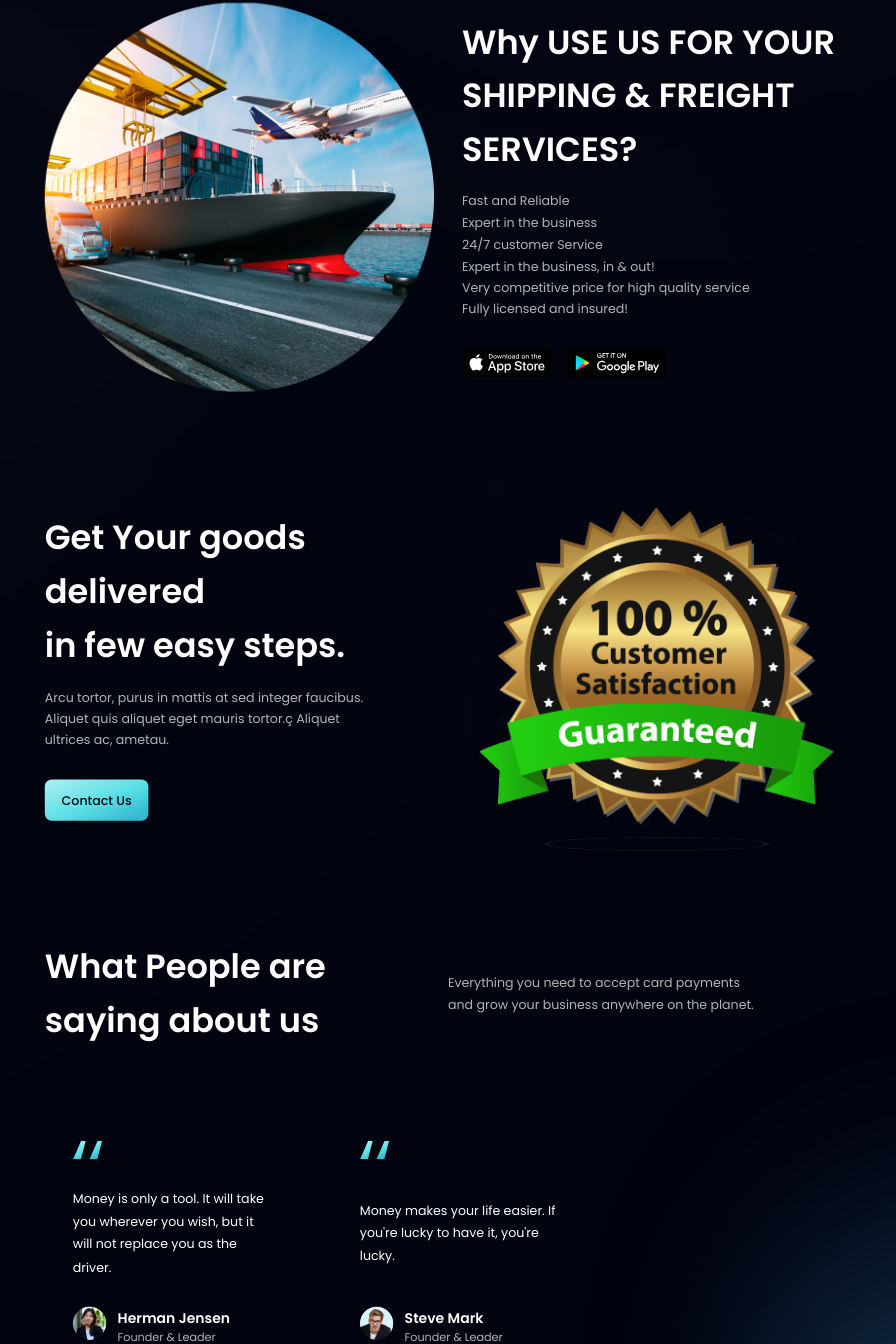
Repository: Miracleoluebube/captionlogistics
Page: /
An editor plug-in stored every save of this project. The page is shown before and after the next save, followed by the edit.
The browser window is 1280 px wide. The pictures show the part of the page from y = 1988 to 3908 px (the page is 5409 px tall), at 70% of full size.
The project was rebuilt for these pictures with package versions that can differ from the ones it lists, and the page was loaded fresh each time. Also part of the build but not shown: vite.config.js.

Above is the page before, as saved 2022-10-02 17:46:59.

### src/index.css
/* :root {
  font-family: Inter, Avenir, Helvetica, Arial, sans-serif;
  font-size: 16px;
  line-height: 24px;
  font-weight: 400;

  color-scheme: light dark;
  color: rgba(255, 255, 255, 0.87);
  background-color: #242424;

  font-synthesis: none;
  text-rendering: optimizeLegibility;
  -webkit-font-smoothing: antialiased;
  -moz-osx-font-smoothing: grayscale;
  -webkit-text-size-adjust: 100%;
}

a {
  font-weight: 500;
  color: #646cff;
  text-decoration: inherit;
}
a:hover {
  color: #535bf2;
}

body {
  margin: 0;
  display: flex;
  place-items: center;
  min-width: 320px;
  min-height: 100vh;
}

h1 {
  font-size: 3.2em;
  line-height: 1.1;
}

button {
  border-radius: 8px;
  border: 1px solid transparent;
  padding: 0.6em 1.2em;
  font-size: 1em;
  font-weight: 500;
  font-family: inherit;
  background-color: #1a1a1a;
  cursor: pointer;
  transition: border-color 0.25s;
}
button:hover {
  border-color: #646cff;
}
button:focus,
button:focus-visible {
  outline: 4px auto -webkit-focus-ring-color;
}
*/

@import url("https://fonts.googleapis.com/css2?family=Poppins:wght@400;500;600;700;800;900&display=swap");

@tailwind base;
@tailwind components;
@tailwind utilities;

:root {
  --black-gradient: linear-gradient(
    144.39deg,
    #ffffff -278.56%,
    #6d6d6d -78.47%,
    #11101d 91.61%
  );
  --card-shadow: 0px 20px 100px -10px rgba(66, 71, 91, 0.1);
}

* {
  scroll-behavior: smooth;
}

.text-gradient {
  background: radial-gradient(
    64.18% 64.18% at 71.16% 35.69%,
    #def9fa 0.89%,
    #bef3f5 17.23%,
    #9dedf0 42.04%,
    #7de7eb 55.12%,
    #5ce1e6 71.54%,
    #33bbcf 100%
  );
  -webkit-background-clip: text;
  -webkit-text-fill-color: transparent;
  background-clip: text;
  text-fill-color: transparent;
}

.bg-blue-gradient {
  background: linear-gradient(
    157.81deg,
    #def9fa -43.27%,
    #bef3f5 -21.24%,
    #9dedf0 12.19%,
    #7de7eb 29.82%,
    #5ce1e6 51.94%,
    #33bbcf 90.29%
  );
}

.bg-black-gradient {
  background: linear-gradient(
    144.39deg,
    #ffffff -278.56%,
    #6d6d6d -78.47%,
    #11101d 91.61%
  );
}

.bg-black-gradient-2 {
  background: linear-gradient(
    -168.39deg,
    #ffffff -278.56%,
    #6d6d6d -78.47%,
    #11101d 91.61%
  );
}

.bg-gray-gradient {
  background: linear-gradient(
    153.47deg,
    rgba(255, 255, 255, 0) -341.94%,
    #14101d 95.11%
  );
}

.bg-discount-gradient {
  background: linear-gradient(125.17deg, #272727 0%, #11101d 100%);
}

.box-shadow {
  box-shadow: 0px 20px 100px -10px rgba(66, 71, 91, 0.1);
}

.sidebar {
  -webkit-animation: slide-top 0.5s cubic-bezier(0.25, 0.46, 0.45, 0.94) both;
  animation: slide-top 0.5s cubic-bezier(0.25, 0.46, 0.45, 0.94) both;
}

@-webkit-keyframes slide-top {
  0% {
    -webkit-transform: translateY(100px);
    transform: translateY(100px);
  }
  100% {
    -webkit-transform: translateY(0);
    transform: translateY(0);
  }
}

@keyframes slide-top {
  0% {
    -webkit-transform: translateY(100px);
    transform: translateY(100px);
  }
  100% {
    -webkit-transform: translateY(0);
    transform: translateY(0);
  }
}

.feature-card:hover {
  background: var(--black-gradient);
  box-shadow: var(--card-shadow);
}

.feedback-container .feedback-card:last-child {
  margin-right: 0px;
}

.feedback-card {
  background: transparent;
}

.feedback-card:hover {
  background: var(--black-gradient);
}

.blue__gradient {
  background: linear-gradient(180deg, rgba(188, 165, 255, 0) 0%, #214d76 100%);
  filter: blur(123px);
}

.pink__gradient {
  background: linear-gradient(90deg, #f4c4f3 0%, #fc67fa 100%);
  filter: blur(900px);
}

.white__gradient {
  background: rgba(255, 255, 255, 0.6);
  filter: blur(750px);
}


@media (prefers-color-scheme: light) {
  :root {
    color: #213547;
    background-color: #ffffff;
  }
  a:hover {
    color: #747bff;
  }
  button {
    background-color: #f9f9f9;
  }
}

### src/style.js
const styles = {
  boxWidth: "xl:max-w-[1280px] w-full",

  heading2: "font-poppins font-semibold xs:text-[48px] text-[40px] text-white xs:leading-[76.8px] leading-[66.8px] w-full",
  paragraph: "font-poppins font-normal text-dimWhite text-[18px] leading-[30.8px]",

  flexCenter: "flex justify-center items-center",
  flexStart: "flex justify-center items-start",

  paddingX: "sm:px-16 px-6",
  paddingY: "sm:py-16 py-6",
  padding: "sm:px-16 px-6 sm:py-12 py-4",

  marginX: "sm:mx-16 mx-6",
  marginY: "sm:my-16 my-6",
};

export const layout = {
  section: `flex md:flex-row flex-col ${styles.paddingY}`,
  sectionReverse: `flex md:flex-row flex-col-reverse ${styles.paddingY}`,

  sectionImgReverse: `flex-1 flex ${styles.flexCenter} md:mr-10 mr-0 md:mt-0 mt-10 relative`,
  sectionImg: `flex-1 flex ${styles.flexCenter} md:ml-10 ml-0 md:mt-0 mt-10 relative`,

  sectionInfo: `flex-1 ${styles.flexStart} flex-col`,
};

export default styles;

### src/components/Navbar.jsx
import { useState } from "react";

import { close, logo, menu } from "../assets";
import { navLinks } from "../constants";

const Navbar = () => {
  const [active, setActive] = useState("Home");
  const [toggle, setToggle] = useState(false);

  return (
    <nav className="w-full flex py-6 justify-between items-center navbar">
      <img src={logo} alt="hoobank" className="w-[124px] h-[32px]" />

      <ul className="list-none sm:flex hidden justify-end items-center flex-1">
        {navLinks.map((nav, index) => (
          <li
            key={nav.id}
            className={`font-poppins font-normal cursor-pointer text-[16px] ${
              active === nav.title ? "text-white" : "text-dimWhite"
            } ${index === navLinks.length - 1 ? "mr-0" : "mr-10"}`}
            onClick={() => setActive(nav.title)}
          >
            <a href={`#${nav.id}`}>{nav.title}</a>
          </li>
        ))}
      </ul>

      <div className="sm:hidden flex flex-1 justify-end items-center">
        <img
          src={toggle ? close : menu}
          alt="menu"
          className="w-[28px] h-[28px] object-contain"
          onClick={() => setToggle(!toggle)}
        />

        <div
          className={`${
            !toggle ? "hidden" : "flex"
          } p-6 bg-black-gradient absolute top-20 right-0 mx-4 my-2 min-w-[140px] rounded-xl sidebar`}
        >
          <ul className="list-none flex justify-end items-start flex-1 flex-col">
            {navLinks.map((nav, index) => (
              <li
                key={nav.id}
                className={`font-poppins font-medium cursor-pointer text-[16px] ${
                  active === nav.title ? "text-white" : "text-dimWhite"
                } ${index === navLinks.length - 1 ? "mb-0" : "mb-4"}`}
                onClick={() => setActive(nav.title)}
              >
                <a href={`#${nav.id}`}>{nav.title}</a>
              </li>
            ))}
          </ul>
        </div>
      </div>
    </nav>
  );
};

export default Navbar;

### src/components/Billing.jsx
import { apple, bill, google } from "../assets";
import styles, { layout } from "../style";

const Billing = () => (
  <section id="product" className={layout.sectionReverse}>
    <div className={layout.sectionImgReverse}>
      <img src={bill} alt="billing" className="w-[100%] h-[100%] relative z-[5]" />

      {/* gradient start */}
      <div className="absolute z-[3] -left-1/2 top-0 w-[50%] h-[50%] rounded-full white__gradient" />
      <div className="absolute z-[0] w-[50%] h-[50%] -left-1/2 bottom-0 rounded-full pink__gradient" />
      {/* gradient end */}
    </div>

    <div className={layout.sectionInfo}>
      <h2 className={styles.heading2}>
        Why USE US FOR YOUR  <br className="sm:block hidden" /> SHIPPING &
        FREIGHT SERVICES?

      </h2>
      <p  className={`${styles.paragraph} max-w-[470px] mt-5`}>
      <ol>
  <li>Fast and Reliable</li>
  <li>Expert in the business</li>
  <li>24/7 customer Service</li>
  <li>Expert in the business, in & out!</li>
  <li>Very competitive price for high quality service</li>
  <li>Fully licensed and insured!</li>
</ol>
      </p>

      <div className="flex flex-row flex-wrap sm:mt-10 mt-6">
        <img src={apple} alt="google_play" className="w-[128.86px] h-[42.05px] object-contain mr-5 cursor-pointer" />
        <img src={google} alt="google_play" className="w-[144.17px] h-[43.08px] object-contain cursor-pointer" />
      </div>
    </div>
  </section>
);

export default Billing;

### src/components/CardDeal.jsx
import { card } from "../assets";
import styles, { layout } from "../style";
import Button from "./Button";

const CardDeal = () => (
  <section id="contact Us" className={layout.section}>
    <div className={layout.sectionInfo}>
      <h2 className={styles.heading2}>
        Get Your goods delivered  <br className="sm:block hidden" /> in few easy
        steps.
      </h2>
      <p className={`${styles.paragraph} max-w-[470px] mt-5`}>
        Arcu tortor, purus in mattis at sed integer faucibus. Aliquet quis
        aliquet eget mauris tortor.ç Aliquet ultrices ac, ametau.
      </p>

      <Button styles={`mt-10`} />
    </div>

    <div className={layout.sectionImg}>
      <img src={card} alt="billing" className="w-[100%] h-[100%]" />
    </div>
  </section>
);

export default CardDeal;

### src/components/Business.jsx
import { features } from "../constants";
import styles, { layout } from "../style";
import Button from "./Button";

const FeatureCard = ({ icon, title, content, index }) => (
  <div className={`flex flex-row p-6 rounded-[20px] ${index !== features.length - 1 ? "mb-6" : "mb-0"} feature-card`}>
    <div className={`w-[64px] h-[64px] rounded-full ${styles.flexCenter} bg-dimBlue`}>
      <img src={icon} alt="star" className="w-[50%] h-[50%] object-contain" />
    </div>
    <div className="flex-1 flex flex-col ml-3">
      <h4 className="font-poppins font-semibold text-white text-[18px] leading-[23.4px] mb-1">
        {title}
      </h4>
      <p className="font-poppins font-normal text-dimWhite text-[16px] leading-[24px]">
        {content}
      </p>
    </div>
  </div>
);

const Business = () =>  (
  <section id="features" className={layout.section}>
    <div className={layout.sectionInfo}>
      <h2 className={styles.heading2}>
        You do the business, <br className="sm:block hidden" /> we’ll handle
        the Logistics.
      </h2>
      <p className={`${styles.paragraph} max-w-[470px] mt-5`}>
        Cargo goods are weighed and calculated in dollars per KG.
      Payment method will be made feasible either in our offices or via online
      into our bank accounts.
      Contact Us to Learn more.
      </p>

      <Button styles={`mt-10`} />
    </div>

    <div className={`${layout.sectionImg} flex-col`}>
      {features.map((feature, index) => (
        <FeatureCard key={feature.id} {...feature} index={index} />
      ))}
    </div>
  </section>
);

export default Business;

### src/components/CTA.jsx
import styles from "../style";
import Button from "./Button";

const CTA = () => (
  <section className={`${styles.flexCenter} ${styles.marginY} ${styles.padding} sm:flex-row flex-col bg-black-gradient-2 rounded-[20px] box-shadow`}>
    <div className="flex-1 flex flex-col">
      <h2 className={styles.heading2}>Let’s try our service now!</h2>
      <p className={`${styles.paragraph} max-w-[470px] mt-5`}>
        Everything you need to accept card payments and grow your business
        anywhere on the planet.
      </p>
    </div>

    <div  className={`${styles.flexCenter} sm:ml-10 ml-0 sm:mt-0 mt-10`}>
      <Button />
    </div>
  </section>
);

export default CTA;

### src/components/Stats.jsx
import { stats } from "../constants";
import styles from "../style";

const Stats = () => (
  <section className={`${styles.flexCenter} flex-row flex-wrap sm:mb-20 mb-6`}>
    {stats.map((stat) => (
      <div key={stat.id} className={`flex-1 flex justify-start items-center flex-row m-3`} >
        <h4 className="font-poppins font-semibold xs:text-[40.89px] text-[30.89px] xs:leading-[53.16px] leading-[43.16px] text-white">
          {stat.value}
        </h4>
        <p className="font-poppins font-normal xs:text-[20.45px] text-[15.45px] xs:leading-[26.58px] leading-[21.58px] text-gradient uppercase ml-3">
          {stat.title}
        </p>
      </div>
    ))}
  </section>
);

export default Stats;

### src/components/Footer.jsx
import styles from "../style";
import { logo } from "../assets";
import { footerLinks, socialMedia } from "../constants";

const Footer = () => (
  <section className={`${styles.flexCenter} ${styles.paddingY} flex-col`}>
    <div className={`${styles.flexStart} md:flex-row flex-col mb-8 w-full`}>
      <div className="flex-[1] flex flex-col justify-start mr-10">
        <img
          src={logo}
          alt="hoobank"
          className="w-[266px] h-[72.14px] object-contain"
        />
        <p className={`${styles.paragraph} mt-4 max-w-[312px]`}>
         Head Office address: Number 10&11, A.O plaza, ground floor,
         Mandilas market Lagos island
        </p>
      </div>

      <div className="flex-[1.5] w-full flex flex-row justify-between flex-wrap md:mt-0 mt-10">
        {footerLinks.map((footerlink) => (
          <div key={footerlink.title} className={`flex flex-col ss:my-0 my-4 min-w-[150px]`}>
            <h4 className="font-poppins font-medium text-[18px] leading-[27px] text-white">
              {footerlink.title}
            </h4>
            <ul className="list-none mt-4">
              {footerlink.links.map((link, index) => (
                <li
                  key={link.name}
                  className={`font-poppins font-normal text-[16px] leading-[24px] text-dimWhite hover:text-secondary cursor-pointer ${
                    index !== footerlink.links.length - 1 ? "mb-4" : "mb-0"
                  }`}
                >
                  {link.name}
                </li>
              ))}
            </ul>
          </div>
        ))}
      </div>
    </div>

    <div className="w-full flex justify-between items-center md:flex-row flex-col pt-6 border-t-[1px] border-t-[#3F3E45]">
      <p className="font-poppins font-normal text-center text-[18px] leading-[27px] text-white">
        Copyright Ⓒ 2022. CaptionLogistics. All Rights Reserved.
      </p>

      <div className="flex flex-row md:mt-0 mt-6">
        {socialMedia.map((social, index) => (
          <img
            key={social.id}
            src={social.icon}
            alt={social.id}
            className={`w-[21px] h-[21px] object-contain cursor-pointer ${
              index !== socialMedia.length - 1 ? "mr-6" : "mr-0"
            }`}
            onClick={() => window.open(social.link)}
          />
        ))}
      </div>
    </div>
  </section>
);

export default Footer;

### src/components/Testimonials.jsx
import { feedback } from "../constants";
import styles from "../style";
import FeedbackCard from "./FeedbackCard";

const Testimonials = () => (
  <section id="clients" className={`${styles.paddingY} ${styles.flexCenter} flex-col relative `}>
    <div className="absolute z-[0] w-[60%] h-[60%] -right-[50%] rounded-full blue__gradient bottom-40" />

    <div className="w-full flex justify-between items-center md:flex-row flex-col sm:mb-16 mb-6 relative z-[1]">
      <h2 className={styles.heading2}>
        What People are <br className="sm:block hidden" /> saying about us
      </h2>
      <div className="w-full md:mt-0 mt-6">
        <p className={`${styles.paragraph} text-left max-w-[450px]`}>
          Everything you need to accept card payments and grow your business
          anywhere on the planet.
        </p>
      </div>
    </div>

    <div className="flex flex-wrap sm:justify-start justify-center w-full feedback-container relative z-[1]">
      {feedback.map((card) => <FeedbackCard key={card.id} {...card} />)}
    </div>
  </section>
);

export default Testimonials;

### src/components/Hero.jsx
import styles from "../style";
import { discount, robot } from "../assets";
import GetStarted from "./GetStarted";

const Hero = () => {
  return (
    <section id="home" className={`flex md:flex-row flex-col ${styles.paddingY}`}>
      <div className={`flex-1 ${styles.flexStart} flex-col xl:px-0 sm:px-16 px-6`}>
        <div className="flex flex-row items-center py-[6px] px-4 bg-discount-gradient rounded-[10px] mb-2">
          <img src={discount} alt="discount" className="w-[32px] h-[32px]" />
          <p className={`${styles.paragraph} ml-2`}>
            <span className="text-white">Call us </span> +234{" "}
            <span className="text-white">806 {" "} 750 {" "} 7539</span>
          </p>
        </div>

        <div className="flex flex-row justify-between items-center w-full">
          <h1 className="flex-1 font-poppins font-semibold ss:text-[72px] text-[52px] text-white ss:leading-[100.8px] leading-[75px]">
            Your trusted <br className="sm:block hidden" />{" "}
            <span className="text-gradient">Freight & Shipping</span>{" "}
          </h1>
          <div className="ss:flex hidden md:mr-4 mr-0">
            <GetStarted />
          </div>
        </div>

        <h1 className="font-poppins font-semibold ss:text-[68px] text-[52px] text-white ss:leading-[100.8px] leading-[75px] w-full">
  company From Turkey to Nigeria.
        </h1>
        <p className={`${styles.paragraph} max-w-[470px] mt-5`}>
          We are a  full-service Cargo and Logistics
          company registered under the federal Republic of Nigeria that offers freight
          and shipping of goods from Turkey
          to Nigeria.Our Mission is to retain our leadership
          in providing affordable
          & efficient service. Visit us Today.
        </p>
      </div>

      <div className={`flex-1 flex ${styles.flexCenter} md:my-0 my-10 relative`}>
        <img src={robot} alt="billing" className="w-[100%] h-[100%] relative z-[5]" />

        {/* gradient start */}
        <div className="absolute z-[0] w-[40%] h-[35%] top-0 pink__gradient" />
        <div className="absolute z-[1] w-[80%] h-[80%] rounded-full white__gradient bottom-40" />
        <div className="absolute z-[0] w-[50%] h-[50%] right-20 bottom-20 blue__gradient" />
        {/* gradient end */}
      </div>

      <div className={`ss:hidden ${styles.flexCenter}`}>
        <GetStarted />
      </div>
    </section>
  );
};

export default Hero;

### src/assets/index.js
import airbnb from "./airbnb.png";
import bill from "./bill.png";
import binance from "./binance.png";
import card from "./card.png";
import coinbase from "./coinbase.png";
import dropbox from "./dropbox.png";
import logo from "./logo.svg";
import quotes from "./quotes.svg";
import robot from "./robot.png";
import send from "./Send.svg";
import shield from "./Shield.svg";
import star from "./Star.svg";
import menu from "./menu.svg";
import close from "./close.svg";
import google from "./google.svg";
import apple from "./apple.svg";
import arrowUp from "./arrow-up.svg";
import discount from "./Discount.svg";
import facebook from "./facebook.svg";
import instagram from "./instagram.svg";
import linkedin from "./linkedin.svg";
import twitter from "./twitter.svg";
import people01 from "./people01.png";
import people02 from "./people02.png";
import people03 from "./people03.png";

export {
  airbnb,
  bill,
  binance,
  card,
  coinbase,
  dropbox,
  logo,
  quotes,
  robot,
  send,
  shield,
  star,
  menu,
  close,
  google,
  apple,
  arrowUp,
  discount,
  facebook,
  instagram,
  linkedin,
  twitter,
  people01,
  people02,
  people03,
};

### src/components/Button.jsx
import React from "react";

const Button = ({ styles }) => (
  <a href="https://wa.me/2348067507539">
  <button  type="button" className={`py-4 px-6 font-poppins font-medium text-[18px] text-primary bg-blue-gradient rounded-[10px] outline-none ${styles}`}>
    Contact Us
  </button>
  </a>
);



export default Button;

### src/components/FeedbackCard.jsx
import { quotes } from "../assets";

const FeedbackCard = ({ content, name, title, img }) => (
  <div className="flex justify-between flex-col px-10 py-12 rounded-[20px]  max-w-[370px] md:mr-10 sm:mr-5 mr-0 my-5 feedback-card">
    <img src={quotes} alt="double_quotes" className="w-[42.6px] h-[27.6px] object-contain" />
    <p className="font-poppins font-normal text-[18px] leading-[32.4px] text-white my-10">
      {content}
    </p>

    <div className="flex flex-row">
      <img src={img} alt={name} className="w-[48px] h-[48px] rounded-full" />
      <div className="flex flex-col ml-4">
        <h4 className="font-poppins font-semibold text-[20px] leading-[32px] text-white">
          {name}
        </h4>
        <p className="font-poppins font-normal text-[16px] leading-[24px] text-dimWhite">
          {title}
        </p>
      </div>
    </div>
  </div>
);


export default FeedbackCard;

### src/components/GetStarted.jsx
import styles from "../style";
import { arrowUp } from "../assets";

const GetStarted = () => (
  <div className={`${styles.flexCenter} w-[140px] h-[140px] rounded-full bg-blue-gradient p-[2px] cursor-pointer`}>
    <div className={`${styles.flexCenter} flex-col bg-primary w-[100%] h-[100%] rounded-full`}>
      <div className={`${styles.flexStart} flex-row`}>
        <p className="font-poppins font-medium text-[18px] leading-[23.4px]">
          <span className="text-gradient">Track Your</span>
        </p>
        <img src={arrowUp} alt="arrow-up" className="w-[23px] h-[23px] object-contain" />
      </div>

      <p className="font-poppins font-medium text-[18px] leading-[23.4px]">
        <span className="text-gradient">Goods</span>
      </p>
    </div>
  </div>
);

export default GetStarted;

Loaded but not shown: index.html (common file); src/main.jsx (common file); src/App.jsx (common file); src/components/index.js (common file); src/components/Clients.jsx (common file); tailwind.config.cjs (common file); src/constants/index.js (203 lines, source omitted)

After the next save:
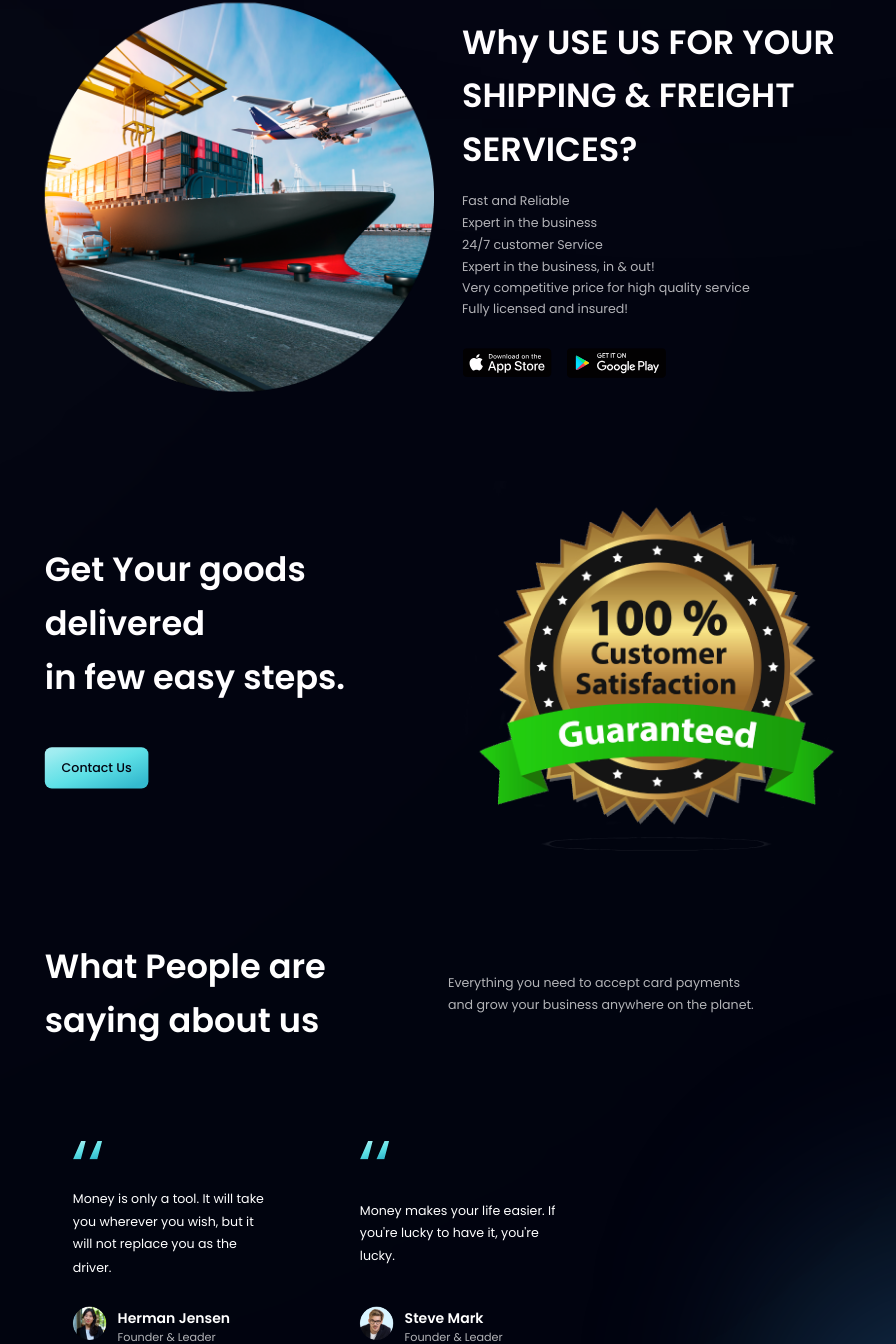
Saved 24 s later.
--- a/src/components/CardDeal.jsx
+++ b/src/components/CardDeal.jsx
@@ -10,8 +10,7 @@
         steps.
       </h2>
       <p className={`${styles.paragraph} max-w-[470px] mt-5`}>
-        Arcu tortor, purus in mattis at sed integer faucibus. Aliquet quis
-        aliquet eget mauris tortor.ç Aliquet ultrices ac, ametau.
+
       </p>
 
       <Button styles={`mt-10`} />
